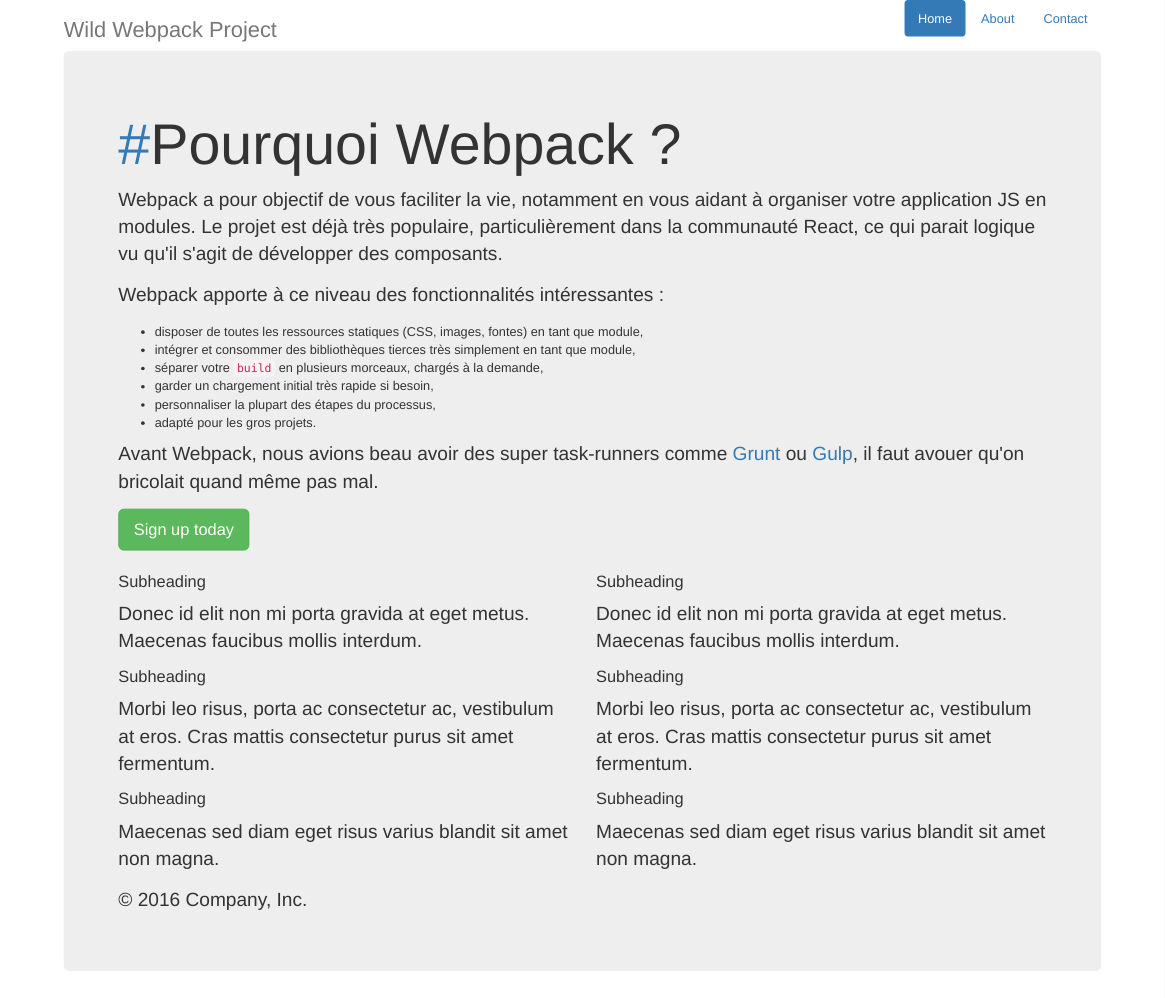
Repository: Symfomany/wildwebpack
Page: src/index.html
These files come from the project's save history. The page is drawn as it stood at one moment and after the next save; the edit follows.
The browser window is 1280 px wide. The pictures show the whole page, at 91% of full size.

Above is the page before, as saved 2017-03-03 07:14:47.

### src/index.html
<!doctype html>
<html lang="fr">
<head>
  <meta charset="utf-8">
  <meta name="viewport" content="width=device-width, initial-scale=1">
  <title>Wild Webpack 2</title>
  <!--cdn Boostrap-->
  <link rel="stylesheet" type="" href="https://maxcdn.bootstrapcdn.com/bootstrap/3.3.7/css/bootstrap.min.css">
  <link href='http://fonts.googleapis.com/css?family=Roboto' rel='stylesheet' type='text/css'>

</head>
<body>
 <div class="container">
      <div class="header clearfix">
        <nav>
          <ul class="nav nav-pills pull-right">
            <li role="presentation" class="active"><a href="#">Home</a></li>
            <li role="presentation"><a href="#">About</a></li>
            <li role="presentation"><a href="#">Contact</a></li>
          </ul>
        </nav>
        <h3 class="text-muted">Wild Webpack Project</h3>
      </div>

      <div class="jumbotron">
        <div class="phenomic-BodyContainer" data-reactid="57"><h1 id="pourquoi-webpack-"><a href="#pourquoi-webpack-" class="phenomic-HeadingAnchor">#</a>Pourquoi Webpack ?</h1>
          <p>Webpack a pour objectif de vous faciliter la vie, notamment en vous aidant à
          organiser votre application JS en modules</a>.
          Le projet est déjà très populaire, particulièrement dans la communauté React, ce qui
          parait logique vu qu'il s'agit de développer des composants.</p>
          <p>Webpack apporte à ce niveau des fonctionnalités intéressantes :</p>
          <ul>
          <li>disposer de toutes les ressources statiques (CSS, images, fontes) en tant que
          module,</li>
          <li>intégrer et consommer des bibliothèques tierces très simplement en tant
          que module,</li>
          <li>séparer votre <code>build</code> en plusieurs morceaux, chargés à la demande,</li>
          <li>garder un chargement initial très rapide si besoin,</li>
          <li>personnaliser la plupart des étapes du processus,</li>
          <li>adapté pour les gros projets.</li>
          </ul>
          <p>Avant Webpack, nous avions beau avoir des super task-runners comme
          <a href="">Grunt</a>
          ou
          <a href="">Gulp</a>,
          il faut avouer qu'on bricolait quand même pas mal.</p>

        <p><a class="btn btn-lg btn-success" href="#" role="button">Sign up today</a></p>
      </div>

      <div class="row marketing">
        <div class="col-lg-6">
          <h4>Subheading</h4>
          <p>Donec id elit non mi porta gravida at eget metus. Maecenas faucibus mollis interdum.</p>

          <h4>Subheading</h4>
          <p>Morbi leo risus, porta ac consectetur ac, vestibulum at eros. Cras mattis consectetur purus sit amet fermentum.</p>

          <h4>Subheading</h4>
          <p>Maecenas sed diam eget risus varius blandit sit amet non magna.</p>
        </div>

        <div class="col-lg-6">
          <h4>Subheading</h4>
          <p>Donec id elit non mi porta gravida at eget metus. Maecenas faucibus mollis interdum.</p>

          <h4>Subheading</h4>
          <p>Morbi leo risus, porta ac consectetur ac, vestibulum at eros. Cras mattis consectetur purus sit amet fermentum.</p>

          <h4>Subheading</h4>
          <p>Maecenas sed diam eget risus varius blandit sit amet non magna.</p>
        </div>
      </div>

      <footer class="footer">
        <p>© 2016 Company, Inc.</p>
      </footer>

    </div>
</body>
</html>

After the next save:
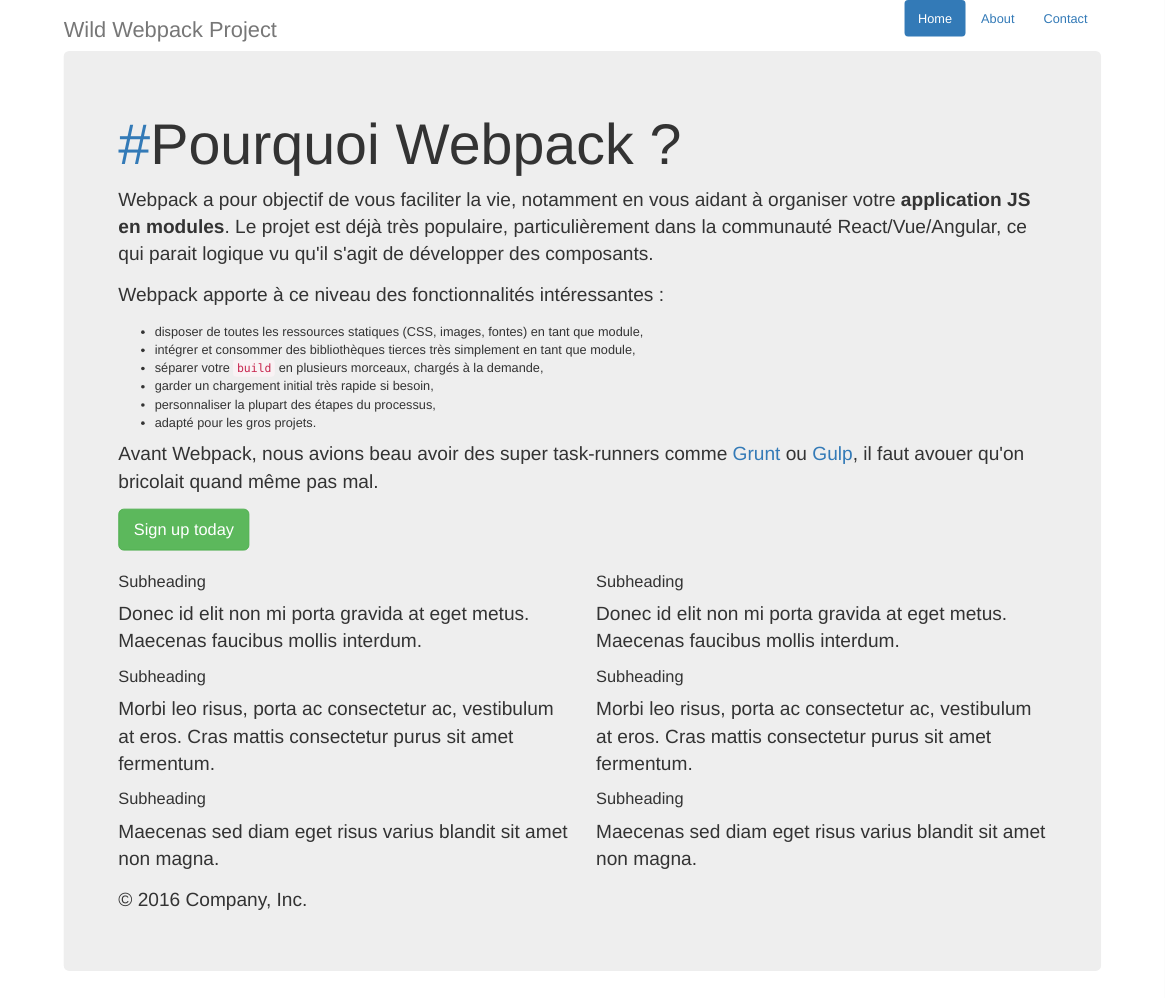
Saved 23 s later.
--- a/src/index.html
+++ b/src/index.html
@@ -25,8 +25,8 @@
       <div class="jumbotron">
         <div class="phenomic-BodyContainer" data-reactid="57"><h1 id="pourquoi-webpack-"><a href="#pourquoi-webpack-" class="phenomic-HeadingAnchor">#</a>Pourquoi Webpack ?</h1>
           <p>Webpack a pour objectif de vous faciliter la vie, notamment en vous aidant à
-          organiser votre application JS en modules</a>.
-          Le projet est déjà très populaire, particulièrement dans la communauté React, ce qui
+          organiser votre <b>application JS en modules</b></a>.
+          Le projet est déjà très populaire, particulièrement dans la communauté React/Vue/Angular, ce qui
           parait logique vu qu'il s'agit de développer des composants.</p>
           <p>Webpack apporte à ce niveau des fonctionnalités intéressantes :</p>
           <ul>
